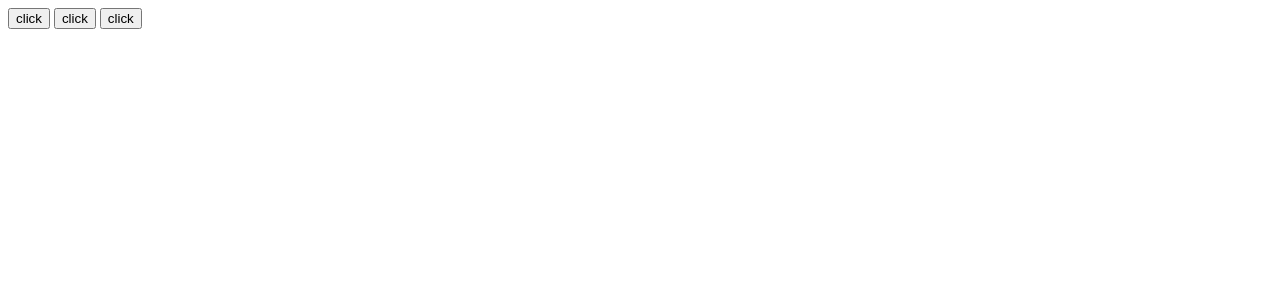
Repository: yhj4130/JsonStudy
Page: JsonApp01/WebContent/JsonTest04.html
An editor plug-in stored every save of this project. The page is shown before and after a run of saves, followed by the edit.
The browser window is 1280 px wide. The pictures show the whole page.

Above is the page before, as saved 2019-05-31 06:04:13.

### JsonApp01/WebContent/JsonTest04.html
<script type="text/javascript">

	var myJSONObject4 =
	{
		"test" : function()
		{
			alert("메소드 테스트");
		}
	}

</script>

<form>
	<input type="button" value="click" onclick="myJSONObject4.test">
	<input type="button" value="click" onclick="alert(myJSONObject4.test)">

	<input type="button" value="click" onclick="alert(myJSONObject4.test())">
</form>

After the next 3 saves:
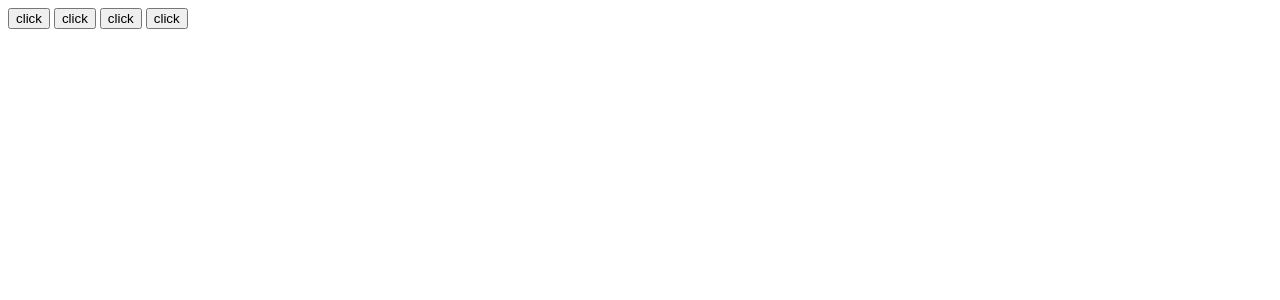
The 3 saves are shown as one change because they came seconds apart.
The last was saved 4 min 7 s later.
--- a/JsonApp01/WebContent/JsonTest04.html
+++ b/JsonApp01/WebContent/JsonTest04.html
@@ -15,4 +15,6 @@
 	<input type="button" value="click" onclick="alert(myJSONObject4.test)">
 
 	<input type="button" value="click" onclick="alert(myJSONObject4.test())">
+
+	<input type="button" value="click" onclick="eval('a=' + myJSONObject.test); a();">
 </form>
